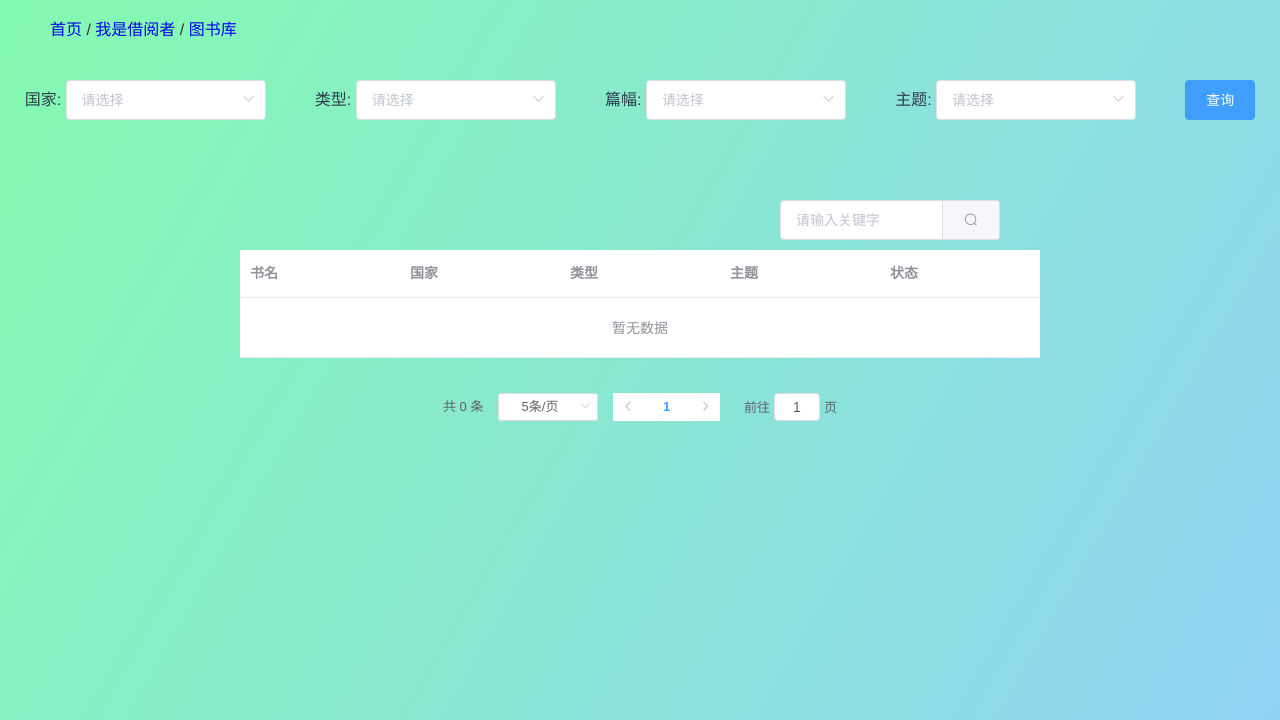
Repository: Akron-xz/helloVue
Page: /#/library (app in vue-library/)
The author's editor kept a copy of each file at every save. The page is drawn from the files as they stood at one save, then again after the next save.
The browser window is 1280 px wide. The pictures show the whole page.
The project was rebuilt for these pictures with package versions that can differ from the ones it lists, and the page was loaded fresh each time. Also part of the build but not shown: vue-library/src/components/homeNav.vue, vue-library/src/views/Home.vue.

Above is the page before, as saved 2020-11-24 23:21:46.

### vue-library/src/main.js
import Vue from 'vue'
import App from './App.vue'
import ElementUI from 'element-ui';
import 'element-ui/lib/theme-chalk/index.css';
import axios from "axios"
import router from './router'
import Router from 'vue-router'

const routerPush = Router.prototype.push
Router.prototype.push = function push(location) {
    return routerPush.call(this, location).catch(error => error)
}

Vue.config.productionTip = false
Vue.use(ElementUI);
Vue.prototype.$axios = axios;


new Vue({
    router,
    render: h => h(App)
}).$mount('#app')

### vue-library/src/router/index.js
import Vue from 'vue'
import VueRouter from 'vue-router'
import Home from '../views/Home.vue'


Vue.use(VueRouter)

const routes = [{
        path: '/',
        name: 'Home',
        component: Home
    },
    {
        path: '/about',
        name: 'About',
        // route level code-splitting
        // this generates a separate chunk (about.[hash].js) for this route
        // which is lazy-loaded when the route is visited.
        component: () =>
            import ( /* webpackChunkName: "about" */ '../views/About.vue')
    },
    {
        path: '/admin',
        name: 'Admin',
        // route level code-splitting
        // this generates a separate chunk (about.[hash].js) for this route
        // which is lazy-loaded when the route is visited.
        component: () =>
            import ( /* webpackChunkName: "about" */ '../views/Administrator.vue')
    },
    {
        path: "/userLogin",
        name: "UserLogin",
        component: () =>
            import ('../views/UserLogin.vue')
    },
    {
        path: "/user",
        name: "User",
        component: () =>
            import ( /* webpackChunkName: "about" */ '../views/User.vue')
    },
    {
        path: "/signup",
        name: "SignUp",
        component: () =>
            import ('../views/SignUp.vue')
    },
    {
        path: "/adminmain",
        name: "AdminMain",
        component: () =>
            import ('../views/AdminMain.vue')
    },
    {

        path: "/MyInformation",
        name: "MyInformation",
        component: () =>
            import ('../views/MyInformation.vue')
    },
    {
        path: "/library",
        name: "Library",
        component: () =>
            import ( /* webpackChunkName: "about" */ '../views/Library.vue')

    },
    {
        path: "/modifymsg",
        name: "ModifyMsg",
        component: () =>
            import ('../views/ModifyMsg.vue')
    },
    {
        path: "/borrowhistory",
        name: "BorrowHistory",
        component: () =>
            import ('../views/BorrowHistory.vue')
    },
    {
        path: "/newissue",
        name: "NewIssue",
        component: () =>
            import ('../views/NewIssue.vue')
    },
    {
        path: "/booksearch",
        name: "BookSearch",
        component: () =>
            import ('../views/BookSearch.vue')
    },
    {
        path: "/MyBookshelves",
        name: "MyBookshelves",
        component: () =>
            import ('../views/MyBookshelves.vue')
    },
    {
        path: "/modifyAnnounce",
        name: "ModifyAnnounce",
        component: () =>
            import ('../views/ModifyAnnounce.vue')
    },
    {
        path: "/statistics",
        name: "Statistics",
        component: () =>
            import ('../views/Statistics.vue')
    },


]

const router = new VueRouter({
    routes
})

export default router

### vue-library/src/views/Library.vue
<template >
  <div class="library-container">
    <div>
      <el-header>
        <router-link to="./" class="a">首页</router-link>
        /
        <router-link to="./user" class="b">我是借阅者</router-link>
        /
        <router-link to="./library" class="c">图书库</router-link>
      </el-header>
    </div>

    <div class="select">
      <label for=""
        >国家:
        <el-select v-model="couId" clearable placeholder="请选择">
          <el-option
            v-for="item in country"
            :key="item.countryId"
            :label="item.countryName"
            :value="item.countryId"
          >
          </el-option>
        </el-select>
      </label>

      <label for=""
        >类型:
        <el-select v-model="tyId" clearable placeholder="请选择">
          <el-option
            v-for="item in type"
            :key="item.typeId"
            :label="item.typeName"
            :value="item.typeId"
          >
          </el-option>
        </el-select>
      </label>

      <label for=""
        >篇幅:
        <el-select clearable placeholder="请选择" v-model="pagenumber">
          <el-option
            v-for="item in pages"
            :key="item.pageId"
            :label="item.pageName"
            :value="item.pageId"
          >
          </el-option>
        </el-select>
      </label>

      <label for=""
        >主题:
        <el-select v-model="thId" clearable placeholder="请选择">
          <el-option
            v-for="item in theme"
            :key="item.themeId"
            :label="item.themeName"
            :value="item.themeId"
          >
          </el-option>
        </el-select>
      </label>
      <el-button type="primary" class="query" @click="selectByLabel"
        >查询</el-button
      >
    </div>

    <div>
      <div class="keyWordQuery">
        <el-input
          placeholder="请输入关键字"
          style="width: 220px"
          class="input-with-select"
          v-model="key"
          @keyup.enter.native="selectByKey"
        >
          <el-button
            slot="append"
            icon="el-icon-search"
            @click="selectByKey"
          ></el-button>
        </el-input>
      </div>
    </div>

    <!-- 搜索后显示 -->
    <div class="table-box" v-show="tableDisplay">
      <el-table
        :data="
          lists.slice(
            (page.currentPage - 1) * page.pageSize,
            page.currentPage * page.pageSize
          )
        "
        max-height="240"
      >
        <el-table-column label="书名" property="bookName"></el-table-column>
        <el-table-column
          label="国家"
          property="country.countryName"
        ></el-table-column>
        <el-table-column
          label="类型"
          property="type.typeName"
        ></el-table-column>
        <el-table-column
          label="主题"
          property="theme.themeName"
        ></el-table-column>
        <el-table-column label="状态">
          <template slot-scope="scope">
            <el-button type="" @click="borrowStatus(scope.row)">详情</el-button>
          </template>
        </el-table-column>
      </el-table>
      <br />
      <!-- 分页器 -->
      <div class="block" style="margin-top: 15px">
        <el-pagination
          align="center"
          @size-change="handleSizeChange"
          @current-change="handleCurrentChange"
          :current-page="page.currentPage"
          :page-sizes="[1, 5, 10, 20]"
          :page-size="page.pageSize"
          layout="total, sizes, prev, pager, next, jumper"
          :total="lists.length"
        >
        </el-pagination>
      </div>
    </div>

    <!-- 进入借阅界面 -->
    <div class="borrow-box" v-show="!tableDisplay">
      <h1>书名：{{ bookname }}</h1>
      <div v-text="'简介：' + brief" class="brief"></div>
      <div class="borrow-button">
        <el-button v-if="isBorrow()" type="primary" @click="borrow" disabled>
          已借
        </el-button>
        <el-button v-else-if="this.surplusNumber >= 1" type="primary" @click="borrow">
          借阅
        </el-button>
        <el-button v-else type="primary" @click="borrow" disabled style="background-color: lack">
          无货
        </el-button>
        <el-button type="info" @click="goBack">返回</el-button>
      </div>
    </div>
  </div>
</template>
<script>
import axios from "axios";
export default {
  data() {
    return {
      couId: "",
      tyId: "",
      thId: "",
      pagenumber: "",
      key: "",
      brief: "霍金写的书",
      bookname: "时间简史",
      tableDisplay: true,
      bookId:"",

      // 剩余数量
      surplusNumber:"",

      userData:[{
        userId:"",
        name: "",
          sex: "",
          age: "",
          email: "",
          birthday: "",
          phone: "",
          address: "",
          introduction: "",
          password: "",
      }],

      // 接收数据
      lists: [],
      // 分页
      page: {
        currentPage: 1, // 当前页码
        total: 20, // 总条数
        pageSize: 5, // 每页的数据条数
      },
      // 输入框内容
      inputContent: "",

      tableData: [
        {
          bookName: "1",
          country: {
            countryId: 0,
            countryName: "",
          },

          type: "3",
          theme: "4",
          brief: "5",
        },
      ],
      value: "",
      country: [
        {
          countryId: 0,
          countryName: "",
        },
      ],

      // 类型
      type: [
        {
          typeId: 0,
          typeName: "",
        },
      ],

      // 借阅历史
      borrowList:[],
      // 借阅状态：1.已借 2.有货 3.缺货
      num: 2,
      // 归还状态
      return: [],

      pages: [
        {
          pageId: 1,
          pageName: "1-500字",
        },
        {
          pageId: 2,
          pageName: "501-1000字",
        },
        {
          pageId: 3,
          pageName: "1001-1500字",
        },
        {
          pageId: 4,
          pageName: ">1500字",
        },
      ],
      theme: [
        {
          themeId: 0,
          themeName: "",
        },
      ],
    };
  },
  methods: {
    // 进入详细页面
    borrowStatus(row) {
      this.tableDisplay = !this.tableDisplay;
      this.brief = [row][0].brief;
      this.bookname = [row][0].bookName;
      this.bookId = [row][0].bookId;
      this.surplusNumber = [row][0].surplusNumber;
    },

    // 点击借阅按钮
    borrow() {
      console.log(this.bookId)
      console.log(this.userData[0].userId)
      axios({
        method:"get",
        url:"http://localhost:8081/user/borrow/",
        params:{
          userId:this.userData[0].userId,
          bookId:this.bookId,

        }
      }).then(res=>{
        alert(res.data)
      })
     console.log(this.bookId)
      this.tableDisplay = !this.tableDisplay;
    },
     goBack() {
      this.tableDisplay = !this.tableDisplay;
    },
    // 每页多少条数据
    handleSizeChange(val) {
      console.log(`每页 ${val} 条`);
      this.page.currentPage = 1;
      this.page.pageSize = val;
    },
    // 当前页码
    handleCurrentChange(val) {
      console.log(`当前页: ${val}`);
      this.page.currentPage = val;
    },

    // 计算是否处于借阅状态
    isBorrow(){
      for (let i = 0; i < this.return.length; i++) {
        if (this.bookId == this.return[i].bookId) {
          return true;
        }
      }
      return false;
    },

    // 书籍模糊搜索
    searchContent() {
      if (this.inputContent == "") {
        alert("请输入需要查询的信息。");
        return 0;
      }
      axios
        .post(
          // 接口路径是什么？(fixed)
          "http://localhost:8081/book/list/" + this.inputContent
        )
        .then((res) => {
          console.log("搜索成功");
          let list = res.data;
          console.log(list);
        })
        .catch((err) => console.log("error...", err));
      //清空输入框
      this.inputContent = "";
    },

    // 关键字搜索
    selectByLabel() {
      axios
        .post(
          "http://localhost:8081/book/list/label",
          {
            countryId: this.couId,
            typeId: this.tyId,
            themeId: this.thId,
            lengthRange: this.pagenumber,
          },
          { emulateJSON: true }
        )
        .then((res) => {
          this.lists = res.data;
        })
        .catch((err) => console.log("error...", err));
    },

    selectByKey() {
      axios
        .get("http://localhost:8081/book/list/key", {
          params: {
            key: this.key,
          },
        })
        .then((res) => {
          this.lists = res.data;
          this.key = "";
        })
        .catch((err) => console.log("error...", err));
    },
  },

  created() {
    // 获取user的session
    let user = JSON.parse(sessionStorage.getItem("userSession"));
    console.log(user);
    this.userData[0].userId = user.userId;
    console.log(this.userData);
    axios
      .get("http://localhost:8081/book/list", {
        params: {
          pageNum: 1,
          pageSize: 5,
        },
      })
      .then((res) => {
        // console.log(pageInfo);
        // 使用全局lists变量来接收响应的json数据
        // 使用全局lists接受响应的json数据
        this.lists = res.data;
      })
      .catch((err) => console.log("error...", err));
    axios.get("http://localhost:8081/country/list").then((res) => {
      this.country = res.data;
    });
    axios.get("http://localhost:8081/type/list").then((res) => {
      this.type = res.data;
    });
    axios.get("http://localhost:8081/theme/list").then((res) => {
      this.theme = res.data;
    });
    axios({
            method:"get",
            url:"http://localhost:8081/user/bookshelves",
            params:{
              userId:this.userData[0].userId
            }
        }).then(res=>{
            console.log("this.return");
            // for (let i = 0; i < res.data.length; i++) {
            //   this.return[i].bookId = res.data[i].bookId;
            //   console.log(this.return[i].bookId);
            // }
            this.return = res.data;
            console.log(this.return);
        })
  },

  // 计算v-if的判断值
  // computed: {
  //   isBorrow: function(){
  //     return function(){
  //       for (let i = 0; i < this.return.length; i++) {
  //         if (this.bookId == this.return[i].bookId) {
  //           return true;
  //         }
  //       }
  //       return false;
  //     }
  //   }
  // },
};
</script>

<style  scoped>
.library-container {
  position: fixed;
  left: 0;
  top: 0;
  width: 100%;
  height: 100%;
  background-repeat: no-repeat;
  background-size: 100%;
  background-image: linear-gradient(120deg, #84fab0 0%, #8fd3f4 100%);
  text-align: center;
}
.el-header {
  position: absolute;
  left: 30px;
  color: #333;
  line-height: 60px;
  width: 100%;
  height: 60px;
  text-align: left;
}
.a {
  text-decoration: none;
}
.b {
  text-decoration: none;
}
.c {
  text-decoration: none;
}
.select {
  display: flex;
  flex-direction: row;
  justify-content: space-around;
  position: absolute;
  top: 80px;
  width: 100%;
}
.el-select {
  width: 200px;
}

.keyWordQuery {
  position: fixed;
  top: 200px;
  right: 300px;
  width: 200px;
}
.table-box {
  position: fixed;
  top: 250px;
  left: 50%;
  margin-left: -400px;
  width: 800px;
}
.borrow-box {
  position: fixed;
  top: 250px;
  left: 50%;
  margin-left: -400px;
  width: 800px;
  height: 300px;
  background-color: white;
}

.brief {
  border: 1px solid black;
  width: 400px;
  height: 200px;
  margin-left: 10px;
  text-align: left;
}

.borrow-button {
  float: right;
  height: 150px;
  width: 200px;
  margin-top: -50px;
  margin-left: 40px;
}
</style>

Loaded but not shown: vue-library/public/index.html (common file); vue-library/src/App.vue (common file)

After the next save:
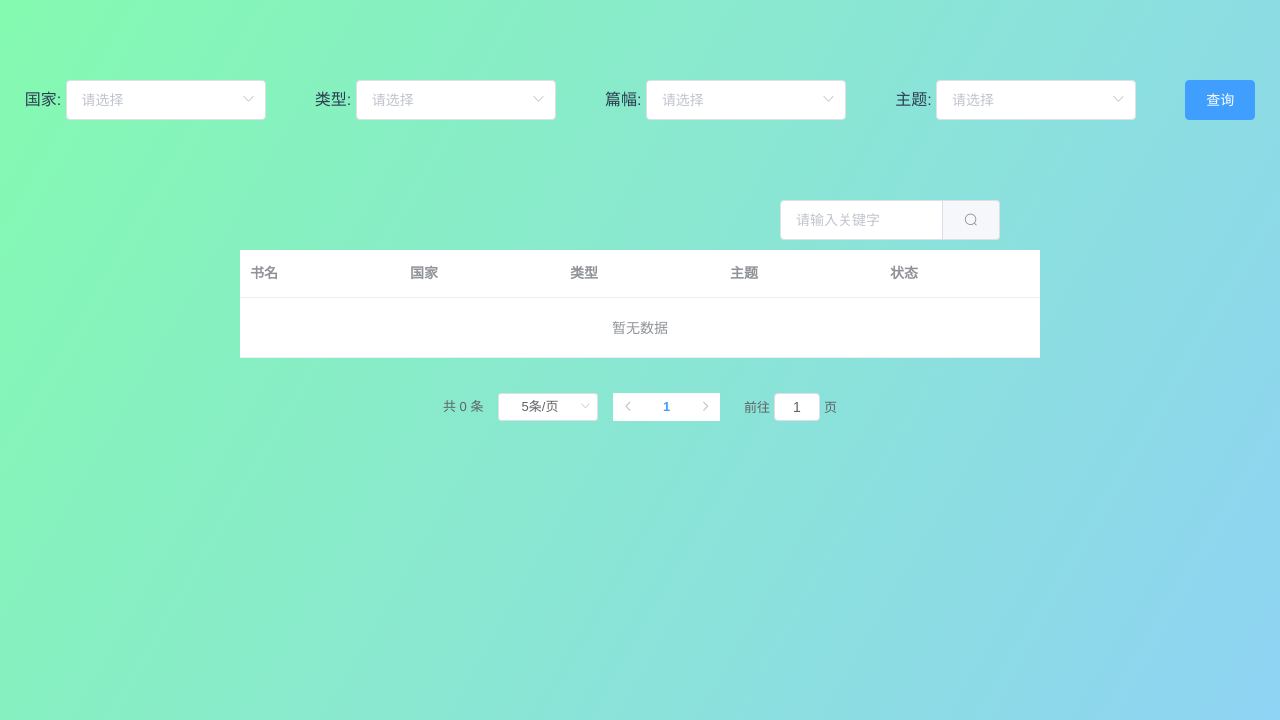
Saved 43 s later.
--- a/vue-library/src/views/Library.vue
+++ b/vue-library/src/views/Library.vue
@@ -1,14 +1,6 @@
 <template >
   <div class="library-container">
-    <div>
-      <el-header>
-        <router-link to="./" class="a">首页</router-link>
-        /
-        <router-link to="./user" class="b">我是借阅者</router-link>
-        /
-        <router-link to="./library" class="c">图书库</router-link>
-      </el-header>
-    </div>
+
 
     <div class="select">
       <label for=""
@@ -437,24 +429,7 @@ export default {
   background-image: linear-gradient(120deg, #84fab0 0%, #8fd3f4 100%);
   text-align: center;
 }
-.el-header {
-  position: absolute;
-  left: 30px;
-  color: #333;
-  line-height: 60px;
-  width: 100%;
-  height: 60px;
-  text-align: left;
-}
-.a {
-  text-decoration: none;
-}
-.b {
-  text-decoration: none;
-}
-.c {
-  text-decoration: none;
-}
+
 .select {
   display: flex;
   flex-direction: row;
